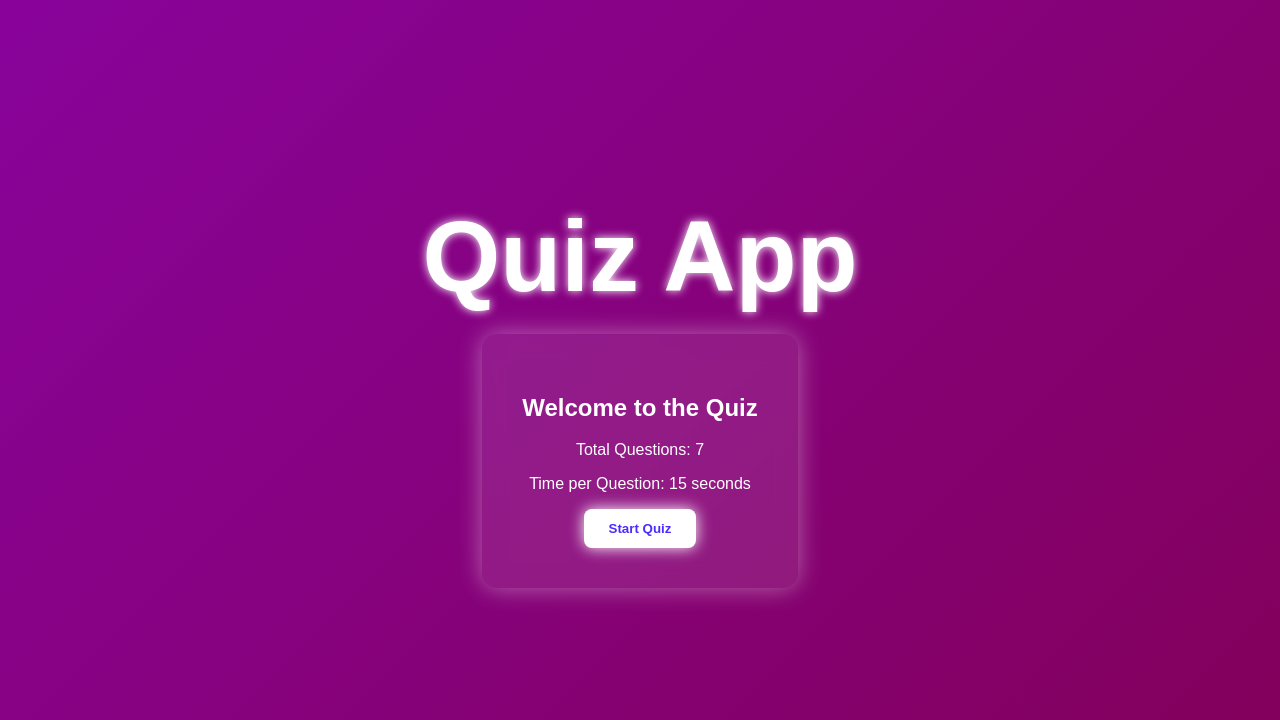
Repository: fatimaqueen9967-eng/SyntacexhubQuizApp
Page: index.html
These files come from the project's save history. The page is drawn as it stood at one moment and after the next save; the edit follows.
The browser window is 1280 px wide. The pictures show the whole page.

Above is the page before, as saved 2026-03-15 20:32:10.

### index.html
<!DOCTYPE html>
<html lang="en">
<head>
<meta charset="UTF-8">
<meta name="viewport" content="width=device-width, initial-scale=1.0">
<title>Quiz App</title>
<link rel="stylesheet" href="style.css">
</head>

<body>

<h1 class="title">Quiz App</h1>

<!-- START SCREEN -->

<div id="startScreen" class="start-screen">

<h2>Welcome to the Quiz</h2>

<p>Total Questions: <span id="totalQ"></span></p>
<p>Time per Question: 15 seconds</p>

<button id="startBtn">Start Quiz</button>

</div>

<!-- QUIZ BOX -->

<div class="box hidden">

<div class="progress-bar">
<div id="progress"></div>
</div>

<div class="top-bar">
<span id="counter"></span>
<span id="timer">⏱ 15s</span>
</div>

<div id="question"></div>

<div id="options" class="options"></div>

<div id="answer-info"></div>

<button id="nextBtn">Next</button>

</div>

<!-- RESULT -->

<div id="result" class="result-box hidden">

<div class="circle">
<span id="scorePercent">0%</span>
</div>

<h2>Quiz Result</h2>

<p id="correct"></p>
<p id="wrong"></p>

<button onclick="location.reload()">Restart Quiz</button>

</div>

<script src="script.js"></script>

</body>
</html>

### style.css
body{
background:linear-gradient(135deg,#89039b,#83005c);
font-family:Arial;
display:flex;
flex-direction:column;
align-items:center;
justify-content:center;
min-height:100vh;
margin:0;
color:white;
}

/* TITLE */

.title{
margin-bottom:20px;
text-shadow:0 0 10px white;
font-size: 100px;
}


/* START SCREEN */

.start-screen{
background:rgba(255,255,255,0.1);
padding:40px;
border-radius:15px;
text-align:center;
box-shadow:0 0 25px rgba(255,255,255,0.4);
backdrop-filter:blur(10px);
animation:fadeIn 1s;
}

.start-screen button{
padding:12px 25px;
border:none;
border-radius:8px;
background:#fff;
color:#4b2cff;
font-weight:bold;
cursor:pointer;
box-shadow:0 0 15px white;
transition:.3s;
}

.start-screen button:hover{
transform:scale(1.1);
}

/* QUIZ BOX */

.box{
background:white;
color:#333;
width:420px;
max-width:90%;
padding:25px;
border-radius:12px;
box-shadow:0 0 25px rgba(0,0,0,0.3);
animation:fadeIn .5s;
}

.hidden{
display:none;
}

/* PROGRESS BAR */

.progress-bar{
width:100%;
height:8px;
background:#ddd;
border-radius:10px;
overflow:hidden;
margin-bottom:15px;
}

#progress{
height:100%;
width:0%;
background:linear-gradient(90deg,#4b2cff,#00c6ff);
transition:width .4s;
}

/* TOP BAR */

.top-bar{
display:flex;
justify-content:space-between;
margin-bottom:10px;
font-weight:bold;
}

/* QUESTION */

#question{
font-size:18px;
margin-bottom:15px;
}

/* OPTIONS */

.options button{
display:block;
width:100%;
padding:10px;
margin:8px 0;
border:none;
border-radius:8px;
background:#4b2cff;
color:white;
cursor:pointer;
transition:.3s;
}

.options button:hover{
transform:scale(1.05);
background:#2f1acc;
}

/* ANSWERS */

.correct{
background:#27ae60 !important;
}

.wrong{
background:#e74c3c !important;
}

/* CORRECT ANSWER TEXT */

#answer-info{
margin-top:10px;
font-weight:bold;
color:red;
}

/* NEXT BUTTON */

#nextBtn{
margin-top:15px;
padding:10px 20px;
background:#4b2cff;
color:white;
border:none;
border-radius:6px;
cursor:pointer;
}

/* RESULT */

.result-box{
text-align:center;
background:white;
color:#333;
padding:30px;
border-radius:12px;
width:350px;
max-width:90%;
box-shadow:0 0 25px rgba(0,0,0,0.3);
}

.circle{
width:150px;
height:150px;
border-radius:50%;
border:12px solid #4b2cff;
display:flex;
align-items:center;
justify-content:center;
font-size:28px;
font-weight:bold;
margin:20px auto;
animation:pop .6s;
}

/* ANIMATIONS */

@keyframes pop{
from{transform:scale(.5);opacity:0}
to{transform:scale(1)}
}

@keyframes fadeIn{
from{opacity:0;transform:translateY(20px)}
to{opacity:1}
}

/* RESPONSIVE */

@media(max-width:600px){

.box{
padding:20px;
}

#question{
font-size:16px;
}

.options button{
font-size:14px;
}

.circle{
width:120px;
height:120px;
font-size:22px;
}

}

### script.js
// Quiz Data
const quizData=[
{
question:"What is the capital of France?",
options:["Berlin","Madrid","Paris","Rome"],
answer:"Paris"
},
{
question:"Full form of HTML?",
options:["Hyper Text Markup Language","High Text Markup Language","Hyper Text Market Language","None"],
answer:"Hyper Text Markup Language"
},
{
question:"Founder of Microsoft?",
options:["Steve Jobs","Bill Gates","Mark Zuckerberg","Elon Musk"],
answer:"Bill Gates"
},
{
question:"Why do we use CSS?",
options:["To structure the content","To style the content","To add interactivity"],
answer:"To style the content"
},
{
question:"DOM stands for?",
options:["Document Object Model","Data Object Model","Document Oriented Model","Data Oriented Model"],
answer:"Document Object Model"
},
{
question:"What does CreateElement do in JavaScript?",
options:["Creates a new HTML element","Deletes an HTML element","Updates an HTML element"],
answer:"Creates a new HTML element"
},
{
question:"What is Bootstrap?",
options:["A CSS framework","A JavaScript library","A Python framework"],
answer:"A CSS framework"
}
]

// DOM Elements
let currentQuestion=0
let score=0
let wrong=0
let timer
let timeLeft=15

const startBtn=document.getElementById("startBtn")
const startScreen=document.getElementById("startScreen")
const totalQ=document.getElementById("totalQ")
const counter=document.getElementById("counter")

const questionEl=document.getElementById("question")
const optionsEl=document.getElementById("options")
const nextBtn=document.getElementById("nextBtn")
const timerEl=document.getElementById("timer")
const progress=document.getElementById("progress")
const answerInfo=document.getElementById("answer-info")

// Show total questions on start screen
totalQ.innerText=quizData.length

// Start Quiz
startBtn.onclick=()=>{
    startScreen.classList.add("hidden")
    document.querySelector(".box").classList.remove("hidden")
    loadQuestion()
}

// Load Question
function loadQuestion(){
    clearInterval(timer)
    timeLeft=15
    startTimer()

    let q=quizData[currentQuestion]
    questionEl.innerText=q.question
    optionsEl.innerHTML=""
    answerInfo.innerHTML=""

    // Progress bar
    progress.style.width=(currentQuestion/quizData.length)*100+"%"

    // Question counter
    counter.innerText=(currentQuestion+1)+" / "+quizData.length

    // Options buttons
    q.options.forEach(option=>{
        let btn=document.createElement("button")
        btn.innerText=option
        btn.onclick=()=>selectAnswer(btn,option,q.answer)
        optionsEl.appendChild(btn)
    })
}

// Timer Function
function startTimer(){
    timerEl.innerText="⏱ "+timeLeft+"s"
    timer=setInterval(()=>{
        timeLeft--
        timerEl.innerText="⏱ "+timeLeft+"s"
        if(timeLeft<=0){
            clearInterval(timer)
            showCorrectAnswer()
        }
    },1000)
}

// Select Answer
function selectAnswer(button,option,correct){
    clearInterval(timer)
    let buttons=document.querySelectorAll(".options button")
    buttons.forEach(btn=>btn.disabled=true)

    if(option===correct){
        button.classList.add("correct")
        score++
    }else{
        button.classList.add("wrong")
        wrong++
        showCorrectAnswer()
    }
}

// Show Correct Answer
function showCorrectAnswer(){
    let q=quizData[currentQuestion]
    let buttons=document.querySelectorAll(".options button")
    buttons.forEach(btn=>{
        if(btn.innerText===q.answer){
            btn.classList.add("correct")
        }
    })
    answerInfo.innerText="Correct Answer: "+q.answer
}

// Next Button
nextBtn.onclick=()=>{
    currentQuestion++
    if(currentQuestion<quizData.length){
        loadQuestion()
    }else{
        showResult()
    }
}

// Show Result
function showResult(){
    document.querySelector(".box").style.display="none"
    let result=document.getElementById("result")
    result.classList.remove("hidden")

    let percent=Math.round((score/quizData.length)*100)
    document.getElementById("scorePercent").innerText=percent+"%"
    document.getElementById("correct").innerText="Correct Answers: "+score
    document.getElementById("wrong").innerText="Wrong Answers: "+wrong
}

After the next save:
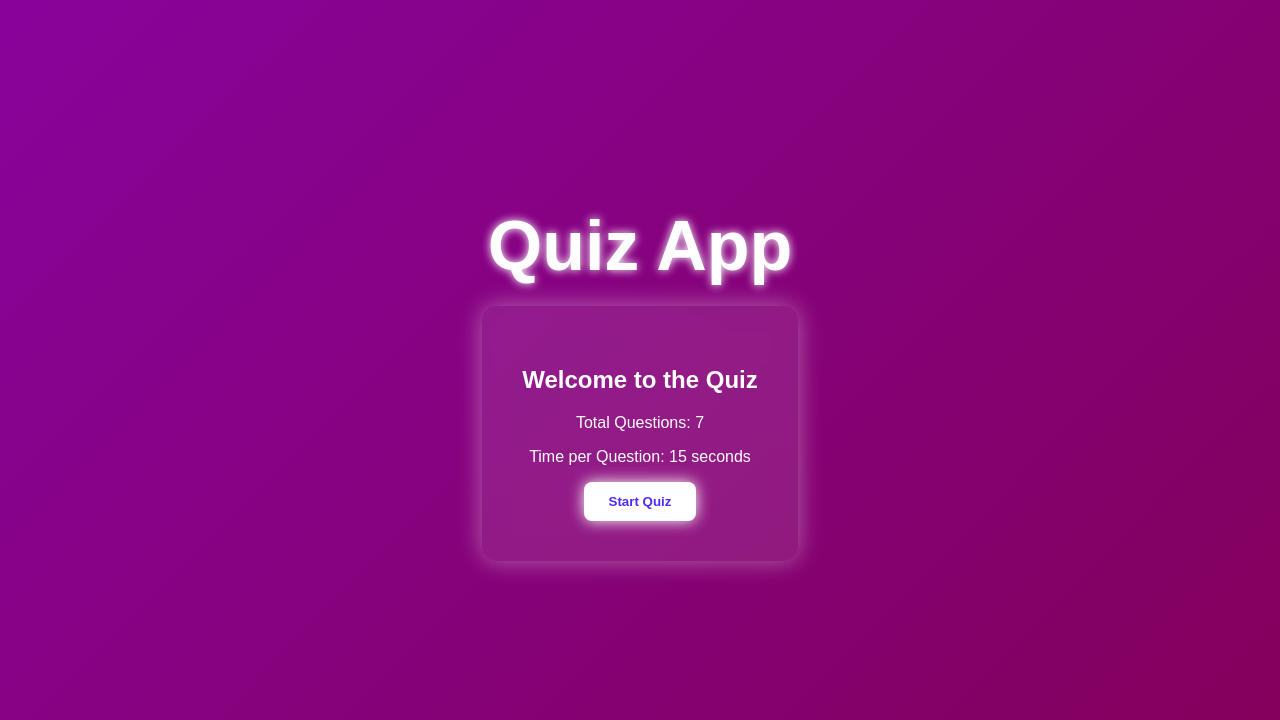
Saved 9 s later.
--- a/style.css
+++ b/style.css
@@ -15,7 +15,7 @@ color:white;
 .title{
 margin-bottom:20px;
 text-shadow:0 0 10px white;
-font-size: 100px;
+font-size: 70px;
 }
 
 
